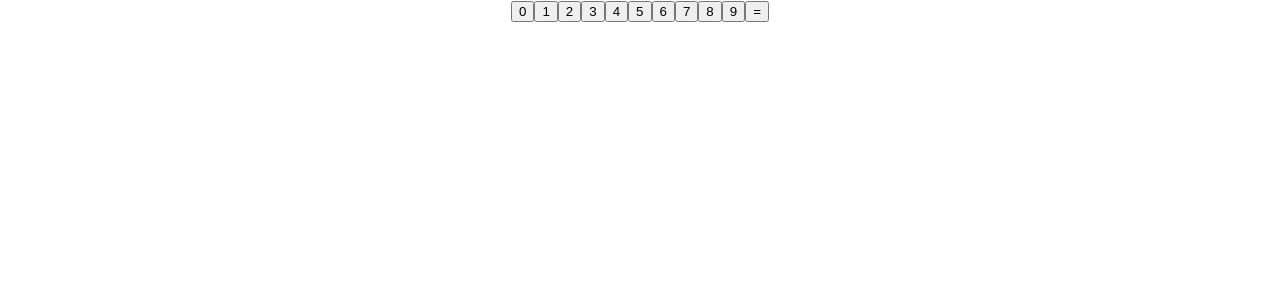
Repository: hoangphuong965/calculator_react
Page: /
The author's editor kept a copy of each file at every save. The page is drawn from the files as they stood at one save, then again after the next save.
The browser window is 1280 px wide. The pictures show the whole page.
The project was rebuilt for these pictures with package versions that can differ from the ones it lists, and the page was loaded fresh each time.

Above is the page before, as saved 2020-08-04 07:50:43.

### src/App.js
import React from "react";
import "./App.css";
import Key from "./component/Key";

function App() {
  return <div className="App">
    <Key />
  </div>;
}

export default App;

### src/component/Key.js
import React from "react";

function Key() {
  return (
    <div className="key">
      <div className="key-reset">

      </div>
      <div className="key-number">
        <button className="data-key">0</button>
        <button className="data-key">1</button>
        <button className="data-key">2</button>
        <button className="data-key">3</button>
        <button className="data-key">4</button>
        <button className="data-key">5</button>
        <button className="data-key">6</button>
        <button className="data-key">7</button>
        <button className="data-key">8</button>
        <button className="data-key">9</button>
        <button className="data-key">=</button>
      </div>
    </div>
  );
}

export default Key;

Loaded but not shown: public/index.html (common file); src/index.js (common file); src/index.css (common file); src/serviceWorker.js (common file); src/App.css (common file)

After the next save:
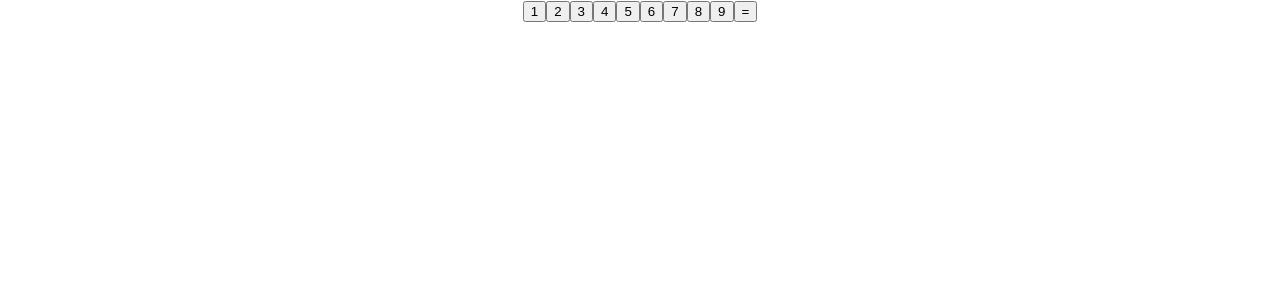
Saved 71 s later.
--- a/src/component/Key.js
+++ b/src/component/Key.js
@@ -7,7 +7,6 @@ function Key() {
 
       </div>
       <div className="key-number">
-        <button className="data-key">0</button>
         <button className="data-key">1</button>
         <button className="data-key">2</button>
         <button className="data-key">3</button>
